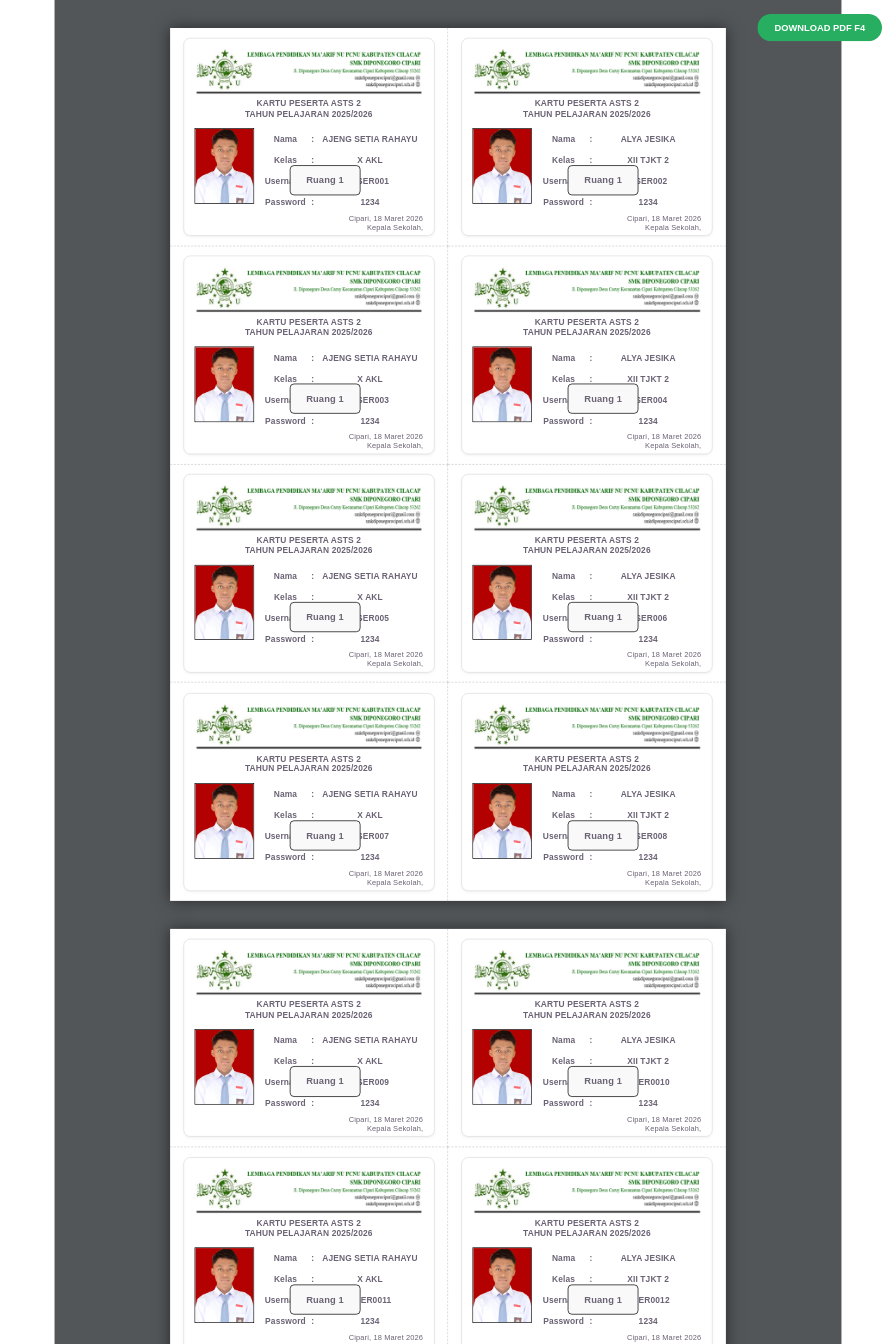
Repository: UsmanAzizz/generator-kartu-tes
Page: /
These files come from the project's save history. The page is drawn as it stood at one moment and after the next save; the edit follows.
The browser window is 1280 px wide. The pictures show the part of the page from y = 0 to 1920 px (the page is 2654 px tall), at 70% of full size.
The project was rebuilt for these pictures with package versions that can differ from the ones it lists, and the page was loaded fresh each time. Also part of the build but not shown: vite.config.js.

Above is the page before, as saved 2026-03-18 15:42:04.

### index.html
<!doctype html>
<html lang="en">
  <head>
    <meta charset="UTF-8" />
    <link rel="icon" type="image/svg+xml" href="/favicon.svg" />
    <meta name="viewport" content="width=device-width, initial-scale=1.0" />
    <title>generator-kartu</title>
  </head>
  <body>
    <div id="root"></div>
    <script type="module" src="/src/main.jsx"></script>
  </body>
</html>

### src/index.css
:root {
  --text: #6b6375;
  --text-h: #08060d;
  --bg: #fff;
  --border: #e5e4e7;
  --code-bg: #f4f3ec;
  --accent: #aa3bff;
  --accent-bg: rgba(170, 59, 255, 0.1);
  --accent-border: rgba(170, 59, 255, 0.5);
  --social-bg: rgba(244, 243, 236, 0.5);
  --shadow:
    rgba(0, 0, 0, 0.1) 0 10px 15px -3px, rgba(0, 0, 0, 0.05) 0 4px 6px -2px;

  --sans: system-ui, 'Segoe UI', Roboto, sans-serif;
  --heading: system-ui, 'Segoe UI', Roboto, sans-serif;
  --mono: ui-monospace, Consolas, monospace;

  font: 18px/145% var(--sans);
  letter-spacing: 0.18px;
  color-scheme: light dark;
  color: var(--text);
  background: var(--bg);
  font-synthesis: none;
  text-rendering: optimizeLegibility;
  -webkit-font-smoothing: antialiased;
  -moz-osx-font-smoothing: grayscale;

  @media (max-width: 1024px) {
    font-size: 16px;
  }
}

@media (prefers-color-scheme: dark) {
  :root {
    --text: #9ca3af;
    --text-h: #f3f4f6;
    --bg: #16171d;
    --border: #2e303a;
    --code-bg: #1f2028;
    --accent: #c084fc;
    --accent-bg: rgba(192, 132, 252, 0.15);
    --accent-border: rgba(192, 132, 252, 0.5);
    --social-bg: rgba(47, 48, 58, 0.5);
    --shadow:
      rgba(0, 0, 0, 0.4) 0 10px 15px -3px, rgba(0, 0, 0, 0.25) 0 4px 6px -2px;
  }

  #social .button-icon {
    filter: invert(1) brightness(2);
  }
}

body {
  margin: 0;
}

#root {
  width: 1126px;
  max-width: 100%;
  margin: 0 auto;
  text-align: center;
  border-inline: 1px solid var(--border);
  min-height: 100svh;
  display: flex;
  flex-direction: column;
  box-sizing: border-box;
}

h1,
h2 {
  font-family: var(--heading);
  font-weight: 500;
  color: var(--text-h);
}

h1 {
  font-size: 56px;
  letter-spacing: -1.68px;
  margin: 32px 0;
  @media (max-width: 1024px) {
    font-size: 36px;
    margin: 20px 0;
  }
}
h2 {
  font-size: 24px;
  line-height: 118%;
  letter-spacing: -0.24px;
  margin: 0 0 8px;
  @media (max-width: 1024px) {
    font-size: 20px;
  }
}
p {
  margin: 0;
}

code,
.counter {
  font-family: var(--mono);
  display: inline-flex;
  border-radius: 4px;
  color: var(--text-h);
}

code {
  font-size: 15px;
  line-height: 135%;
  padding: 4px 8px;
  background: var(--code-bg);
}

### src/App.jsx
import { useState, useRef } from 'react';
import jsPDF from 'jspdf';
import html2canvas from 'html2canvas';

import kopImage from './image.png';
import dummyFoto from './aji.jpg';

function App() {
  const [students] = useState(Array.from({ length: 16 }, (_, i) => ({
    id: i + 1,
    nama: i % 2 === 0 ? "AJENG SETIA RAHAYU" : "ALYA JESIKA",
    kelas: i % 2 === 0 ? "X AKL" : "XII TJKT 2",
    username: `USER00${i + 1}`,
    password: "1234",
    noPst: `2025/UKK/${100 + i}`,
    foto: dummyFoto
  })));

  const contentRef = useRef(null);

  const downloadPDF = async () => {
    const element = contentRef.current;
    const pdf = new jsPDF('p', 'mm', [210, 330]);

    const pages = element.querySelectorAll('.page-break');

    for (let i = 0; i < pages.length; i++) {
      const canvas = await html2canvas(pages[i], {
        scale: 3,
        useCORS: true,
        logging: false
      });
      const imgData = canvas.toDataURL('image/png');
      if (i > 0) pdf.addPage('p', 'mm', [210, 330]);
      pdf.addImage(imgData, 'PNG', 0, 0, 210, 330);
    }
    pdf.save("kartu-peserta-ukk-f4.pdf");
  };

  const styles = {
    wrapper: {
      backgroundColor: '#525659',
      padding: '40px 0',
      minHeight: '100vh',
      fontFamily: 'Arial, sans-serif'
    },
    page: {
      width: '210mm',
      height: '330mm',
      backgroundColor: 'white',
      margin: '0 auto 40px auto',
      display: 'grid',
      gridTemplateColumns: 'repeat(2, 1fr)',
      gridTemplateRows: 'repeat(4, 1fr)',
      boxSizing: 'border-box',
      boxShadow: '0 0 20px rgba(0,0,0,0.5)',
      overflow: 'hidden',
    },
    // LOGIKA GARIS POTONG DALAM SAJA
    cardSlot: (index) => ({
      display: 'flex',
      alignItems: 'center',
      justifyContent: 'center',
      boxSizing: 'border-box',
      height: '100%',
      width: '100%',
      // Garis putus-putus hanya di sisi dalam (tengah horizontal & vertikal)
      borderRight: (index % 2 === 0) ? '0.5mm dashed #ccc' : 'none',
      borderBottom: (index < 6) ? '0.5mm dashed #ccc' : 'none',
    }),
    card: {
      width: '95mm',
      height: '75mm',
      backgroundColor: 'white',
      border: '1px solid #ddd',
      borderRadius: '10px',
      padding: '4mm',
      boxSizing: 'border-box',
      display: 'flex',
      flexDirection: 'column',
      position: 'relative',
      boxShadow: '0 2px 4px rgba(0,0,0,0.05)',
    },
    headerKop: { width: '100%', marginBottom: '6px' },
    titleSection: { textAlign: 'center', marginBottom: '8px' },
    titleText: { fontSize: '9pt', fontWeight: 'bold', margin: '0', lineHeight: '1.2' },
    mainContent: { display: 'flex', gap: '12px', marginTop: '5px' },
    fotoWrapper: {
      width: '22mm',
      height: '28mm',
      border: '1px solid #000',
      flexShrink: 0,
      overflow: 'hidden'
    },
    infoTable: { fontSize: '9pt', fontWeight: 'bold', width: '100%' },
    footerArea: {
      marginTop: 'auto',
      textAlign: 'right',
      fontSize: '8pt',
      lineHeight: '1.2'
    },
    ruangBox: {
      position: 'absolute',
      bottom: '15mm',
      left: '40mm',
      border: '1px solid #000',
      padding: '2mm 6mm',
      borderRadius: '6px',
      fontSize: '10pt',
      fontWeight: 'bold',
      backgroundColor: '#f9f9f9'
    },
    signature: { fontWeight: 'bold', textDecoration: 'underline', marginTop: '10mm' },
    btnDownload: {
      position: 'fixed', top: '20px', right: '20px', padding: '12px 24px',
      backgroundColor: '#27ae60', color: 'white', border: 'none', borderRadius: '30px',
      cursor: 'pointer', fontWeight: 'bold', zIndex: 1000
    }
  };

  const chunkData = (arr, size) => {
    return Array.from({ length: Math.ceil(arr.length / size) }, (v, i) =>
      arr.slice(i * size, i * size + size)
    );
  };

  const pages = chunkData(students, 8);

  return (
    <div style={styles.wrapper}>
      <button style={styles.btnDownload} onClick={downloadPDF}>DOWNLOAD PDF F4</button>
      <div ref={contentRef}>
        {pages.map((pageStudents, pageIdx) => (
          <div key={pageIdx} className="page-break" style={styles.page}>
            {pageStudents.map((std, index) => (
              <div key={std.id} style={styles.cardSlot(index)}>
                <div style={styles.card}>
                  <img src={kopImage} alt="KOP" style={styles.headerKop} />
                  <div style={styles.titleSection}>
                    <p style={styles.titleText}>KARTU PESERTA ASTS 2</p>
                    <p style={styles.titleText}>TAHUN PELAJARAN 2025/2026</p>
                  </div>
                  <div style={styles.mainContent}>
                    <div style={styles.fotoWrapper}>
                      <img src={std.foto} alt="User" style={{width: '100%', height: '100%', objectFit: 'cover'}} />
                    </div>
                    <table style={styles.infoTable}>
                      <tbody>
                        <tr><td width="60">Nama</td><td width="10">:</td><td>{std.nama}</td></tr>
                        <tr><td>Kelas</td><td>:</td><td>{std.kelas}</td></tr>
                        <tr><td>Username</td><td>:</td><td>{std.username}</td></tr>
                        <tr><td>Password</td><td>:</td><td>{std.password}</td></tr>
                      </tbody>
                    </table>
                  </div>
                  {/* Kotak Ruang seperti di contoh */}
                  <div style={styles.ruangBox}>Ruang 1</div>
                  <div style={styles.footerArea}>
                    <div>Cipari, 18 Maret 2026</div>
                    <div>Kepala Sekolah,</div>
                    <div style={styles.signature}>Lestari Kurniawati, S.Pd.</div>
                  </div>
                </div>
              </div>
            ))}
          </div>
        ))}
      </div>
    </div>
  );
}

export default App;

Loaded but not shown: src/main.jsx (common file)

After the next save:
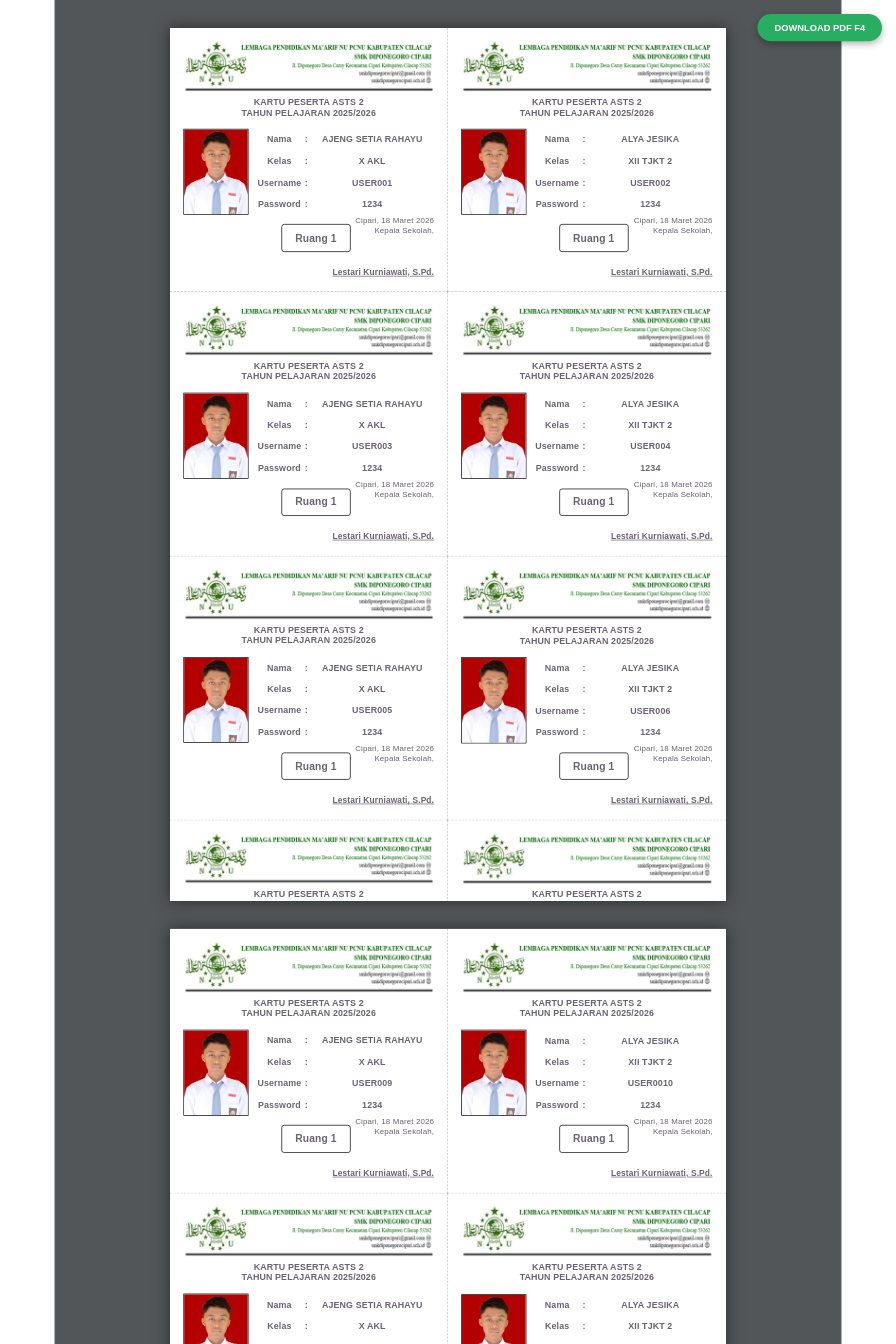
Saved 2 min 6 s later.
--- a/src/App.jsx
+++ b/src/App.jsx
@@ -37,7 +37,7 @@
     pdf.save("kartu-peserta-ukk-f4.pdf");
   };
 
-  const styles = {
+const styles = {
     wrapper: {
       backgroundColor: '#525659',
       padding: '40px 0',
@@ -50,13 +50,15 @@
       backgroundColor: 'white',
       margin: '0 auto 40px auto',
       display: 'grid',
+      // Membagi 210mm menjadi 2 kolom (105mm per kolom)
       gridTemplateColumns: 'repeat(2, 1fr)',
+      // Membagi 330mm menjadi 4 baris (82.5mm per baris)
       gridTemplateRows: 'repeat(4, 1fr)',
       boxSizing: 'border-box',
       boxShadow: '0 0 20px rgba(0,0,0,0.5)',
       overflow: 'hidden',
     },
-    // LOGIKA GARIS POTONG DALAM SAJA
+    // LOGIKA GARIS POTONG DALAM SAJA (MEPET)
     cardSlot: (index) => ({
       display: 'flex',
       alignItems: 'center',
@@ -64,60 +66,95 @@
       boxSizing: 'border-box',
       height: '100%',
       width: '100%',
-      // Garis putus-putus hanya di sisi dalam (tengah horizontal & vertikal)
-      borderRight: (index % 2 === 0) ? '0.5mm dashed #ccc' : 'none',
-      borderBottom: (index < 6) ? '0.5mm dashed #ccc' : 'none',
+      // Garis putus-putus hanya sebagai pembatas antar kartu (dalam)
+      borderRight: (index % 2 === 0) ? '0.3mm dashed #999' : 'none',
+      borderBottom: (index < 6) ? '0.3mm dashed #999' : 'none',
+      padding: '0', // Hilangkan padding agar kartu menyentuh garis potong
     }),
     card: {
-      width: '95mm',
-      height: '75mm',
+      width: '100%', // Mengisi seluruh lebar slot (105mm)
+      height: '100%', // Mengisi seluruh tinggi slot (82.5mm)
       backgroundColor: 'white',
-      border: '1px solid #ddd',
-      borderRadius: '10px',
-      padding: '4mm',
+      padding: '5mm', // Konten di dalam tetap punya jarak aman
       boxSizing: 'border-box',
       display: 'flex',
       flexDirection: 'column',
       position: 'relative',
-      boxShadow: '0 2px 4px rgba(0,0,0,0.05)',
-    },
-    headerKop: { width: '100%', marginBottom: '6px' },
-    titleSection: { textAlign: 'center', marginBottom: '8px' },
-    titleText: { fontSize: '9pt', fontWeight: 'bold', margin: '0', lineHeight: '1.2' },
-    mainContent: { display: 'flex', gap: '12px', marginTop: '5px' },
+      // borderRadius dihilangkan agar sudut siku tepat di garis potong
+      borderRadius: '0',
+    },
+    headerKop: {
+      width: '100%',
+      marginBottom: '8px'
+    },
+    titleSection: {
+      textAlign: 'center',
+      marginBottom: '10px'
+    },
+    titleText: {
+      fontSize: '9.5pt',
+      fontWeight: 'bold',
+      margin: '0',
+      lineHeight: '1.2',
+      textTransform: 'uppercase'
+    },
+    mainContent: {
+      display: 'flex',
+      gap: '12px',
+      marginTop: '5px'
+    },
     fotoWrapper: {
-      width: '22mm',
-      height: '28mm',
+      width: '24mm',
+      height: '32mm',
       border: '1px solid #000',
       flexShrink: 0,
-      overflow: 'hidden'
-    },
-    infoTable: { fontSize: '9pt', fontWeight: 'bold', width: '100%' },
+      overflow: 'hidden',
+      backgroundColor: '#eee'
+    },
+    infoTable: {
+      fontSize: '9.5pt',
+      fontWeight: 'bold',
+      width: '100%',
+      borderCollapse: 'collapse'
+    },
     footerArea: {
       marginTop: 'auto',
       textAlign: 'right',
-      fontSize: '8pt',
-      lineHeight: '1.2'
+      fontSize: '8.5pt',
+      lineHeight: '1.3'
     },
     ruangBox: {
       position: 'absolute',
       bottom: '15mm',
-      left: '40mm',
-      border: '1px solid #000',
-      padding: '2mm 6mm',
-      borderRadius: '6px',
-      fontSize: '10pt',
-      fontWeight: 'bold',
-      backgroundColor: '#f9f9f9'
-    },
-    signature: { fontWeight: 'bold', textDecoration: 'underline', marginTop: '10mm' },
+      left: '42mm', // Sesuaikan posisi agar tidak menabrak tabel
+      border: '1.5px solid #000',
+      padding: '1.5mm 5mm',
+      borderRadius: '4px',
+      fontSize: '11pt',
+      fontWeight: 'bold',
+      backgroundColor: 'white'
+    },
+    signature: {
+      fontWeight: 'bold',
+      textDecoration: 'underline',
+      marginTop: '12mm',
+      fontSize: '9pt'
+    },
     btnDownload: {
-      position: 'fixed', top: '20px', right: '20px', padding: '12px 24px',
-      backgroundColor: '#27ae60', color: 'white', border: 'none', borderRadius: '30px',
-      cursor: 'pointer', fontWeight: 'bold', zIndex: 1000
+      position: 'fixed',
+      top: '20px',
+      right: '20px',
+      padding: '12px 24px',
+      backgroundColor: '#27ae60',
+      color: 'white',
+      border: 'none',
+      borderRadius: '30px',
+      cursor: 'pointer',
+      fontWeight: 'bold',
+      zIndex: 1000,
+      boxShadow: '0 4px 10px rgba(0,0,0,0.3)'
     }
   };
-
   const chunkData = (arr, size) => {
     return Array.from({ length: Math.ceil(arr.length / size) }, (v, i) =>
       arr.slice(i * size, i * size + size)

After the save that followed:
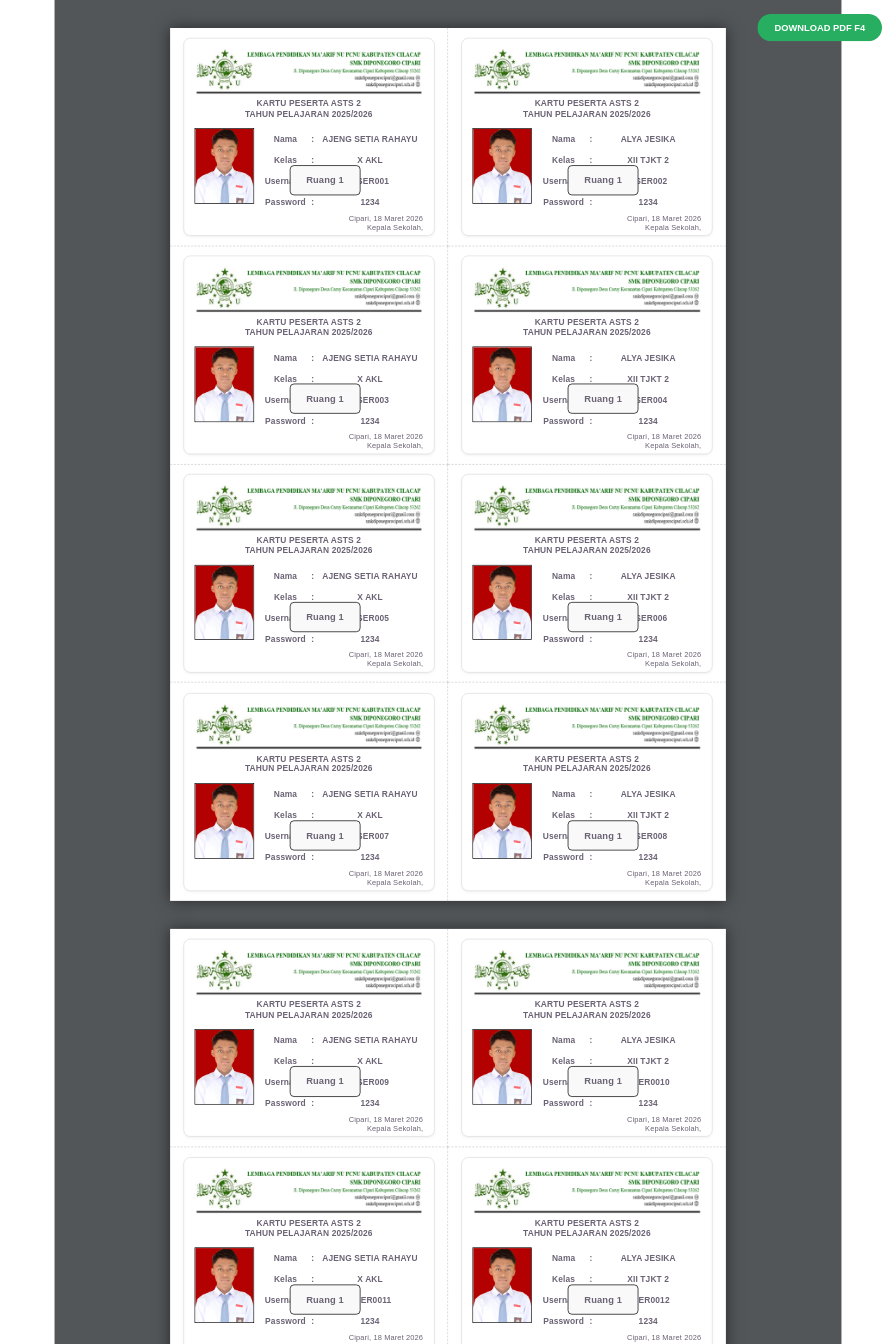
Saved 14 s later.
--- a/src/App.jsx
+++ b/src/App.jsx
@@ -37,7 +37,7 @@
     pdf.save("kartu-peserta-ukk-f4.pdf");
   };
 
-const styles = {
+  const styles = {
     wrapper: {
       backgroundColor: '#525659',
       padding: '40px 0',
@@ -50,15 +50,13 @@
       backgroundColor: 'white',
       margin: '0 auto 40px auto',
       display: 'grid',
-      // Membagi 210mm menjadi 2 kolom (105mm per kolom)
       gridTemplateColumns: 'repeat(2, 1fr)',
-      // Membagi 330mm menjadi 4 baris (82.5mm per baris)
       gridTemplateRows: 'repeat(4, 1fr)',
       boxSizing: 'border-box',
       boxShadow: '0 0 20px rgba(0,0,0,0.5)',
       overflow: 'hidden',
     },
-    // LOGIKA GARIS POTONG DALAM SAJA (MEPET)
+    // LOGIKA GARIS POTONG DALAM SAJA
     cardSlot: (index) => ({
       display: 'flex',
       alignItems: 'center',
@@ -66,95 +64,60 @@
       boxSizing: 'border-box',
       height: '100%',
       width: '100%',
-      // Garis putus-putus hanya sebagai pembatas antar kartu (dalam)
-      borderRight: (index % 2 === 0) ? '0.3mm dashed #999' : 'none',
-      borderBottom: (index < 6) ? '0.3mm dashed #999' : 'none',
-      padding: '0', // Hilangkan padding agar kartu menyentuh garis potong
+      // Garis putus-putus hanya di sisi dalam (tengah horizontal & vertikal)
+      borderRight: (index % 2 === 0) ? '0.5mm dashed #ccc' : 'none',
+      borderBottom: (index < 6) ? '0.5mm dashed #ccc' : 'none',
     }),
     card: {
-      width: '100%', // Mengisi seluruh lebar slot (105mm)
-      height: '100%', // Mengisi seluruh tinggi slot (82.5mm)
+      width: '95mm',
+      height: '75mm',
       backgroundColor: 'white',
-      padding: '5mm', // Konten di dalam tetap punya jarak aman
+      border: '1px solid #ddd',
+      borderRadius: '10px',
+      padding: '4mm',
       boxSizing: 'border-box',
       display: 'flex',
       flexDirection: 'column',
       position: 'relative',
-      // borderRadius dihilangkan agar sudut siku tepat di garis potong
-      borderRadius: '0',
+      boxShadow: '0 2px 4px rgba(0,0,0,0.05)',
     },
-    headerKop: {
-      width: '100%',
-      marginBottom: '8px'
-    },
-    titleSection: {
-      textAlign: 'center',
-      marginBottom: '10px'
-    },
-    titleText: {
-      fontSize: '9.5pt',
-      fontWeight: 'bold',
-      margin: '0',
-      lineHeight: '1.2',
-      textTransform: 'uppercase'
-    },
-    mainContent: {
-      display: 'flex',
-      gap: '12px',
-      marginTop: '5px'
-    },
+    headerKop: { width: '100%', marginBottom: '6px' },
+    titleSection: { textAlign: 'center', marginBottom: '8px' },
+    titleText: { fontSize: '9pt', fontWeight: 'bold', margin: '0', lineHeight: '1.2' },
+    mainContent: { display: 'flex', gap: '12px', marginTop: '5px' },
     fotoWrapper: {
-      width: '24mm',
-      height: '32mm',
+      width: '22mm',
+      height: '28mm',
       border: '1px solid #000',
       flexShrink: 0,
-      overflow: 'hidden',
-      backgroundColor: '#eee'
+      overflow: 'hidden'
     },
-    infoTable: {
-      fontSize: '9.5pt',
-      fontWeight: 'bold',
-      width: '100%',
-      borderCollapse: 'collapse'
-    },
+    infoTable: { fontSize: '9pt', fontWeight: 'bold', width: '100%' },
     footerArea: {
       marginTop: 'auto',
       textAlign: 'right',
-      fontSize: '8.5pt',
-      lineHeight: '1.3'
+      fontSize: '8pt',
+      lineHeight: '1.2'
     },
     ruangBox: {
       position: 'absolute',
       bottom: '15mm',
-      left: '42mm', // Sesuaikan posisi agar tidak menabrak tabel
-      border: '1.5px solid #000',
-      padding: '1.5mm 5mm',
-      borderRadius: '4px',
-      fontSize: '11pt',
+      left: '40mm',
+      border: '1px solid #000',
+      padding: '2mm 6mm',
+      borderRadius: '6px',
+      fontSize: '10pt',
       fontWeight: 'bold',
-      backgroundColor: 'white'
+      backgroundColor: '#f9f9f9'
     },
-    signature: {
-      fontWeight: 'bold',
-      textDecoration: 'underline',
-      marginTop: '12mm',
-      fontSize: '9pt'
-    },
+    signature: { fontWeight: 'bold', textDecoration: 'underline', marginTop: '10mm' },
     btnDownload: {
-      position: 'fixed',
-      top: '20px',
-      right: '20px',
-      padding: '12px 24px',
-      backgroundColor: '#27ae60',
-      color: 'white',
-      border: 'none',
-      borderRadius: '30px',
-      cursor: 'pointer',
-      fontWeight: 'bold',
-      zIndex: 1000,
-      boxShadow: '0 4px 10px rgba(0,0,0,0.3)'
+      position: 'fixed', top: '20px', right: '20px', padding: '12px 24px',
+      backgroundColor: '#27ae60', color: 'white', border: 'none', borderRadius: '30px',
+      cursor: 'pointer', fontWeight: 'bold', zIndex: 1000
     }
   };
+
   const chunkData = (arr, size) => {
     return Array.from({ length: Math.ceil(arr.length / size) }, (v, i) =>
       arr.slice(i * size, i * size + size)
